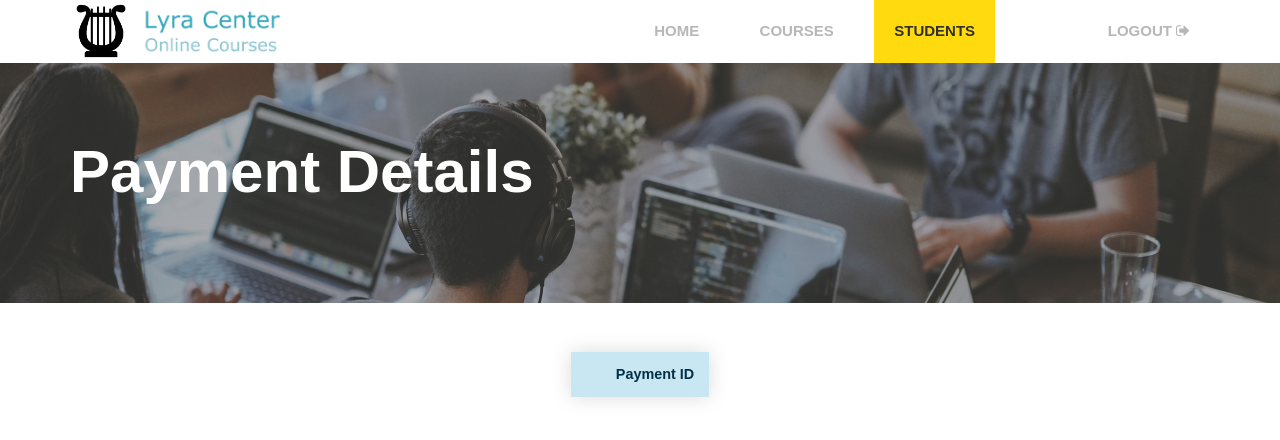
Repository: jersmaecrz/lyra-center
Page: http://localhost/aPayment.php
An editor plug-in stored every save of this project. The page is shown before and after the next save, followed by the edit.
The browser window is 1280 px wide. The pictures show the whole page.
Some web fonts or font styles are not loaded; a fallback is used. The page is run by PHP 8.4 with error messages shown; the project is at /var/www/html/.

Above is the page before, as saved 2022-12-04 16:00:07.

After the next save:
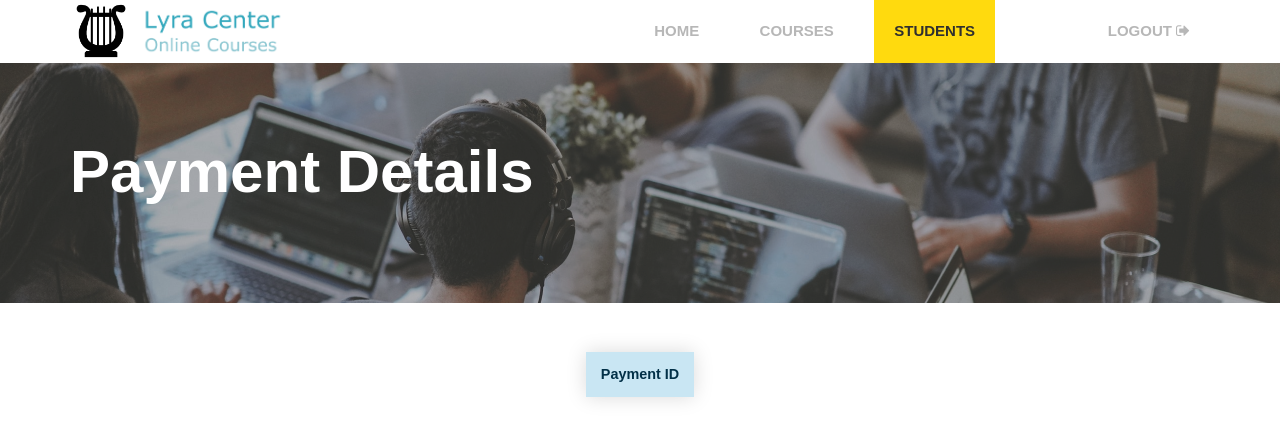
Saved 16 s later.
--- a/aPayment.php
+++ b/aPayment.php
@@ -100,9 +100,7 @@
         <div class="normal__breadcrumb__text" style="float:none;margin:auto;">
            <table class="styled-table"">
                 <thead>
-                    <th>
-                        <th>Payment ID</th>
-                    </th>
+                    <th>Payment ID</th>
                 </thead>
                 <tbody>
             </table>
